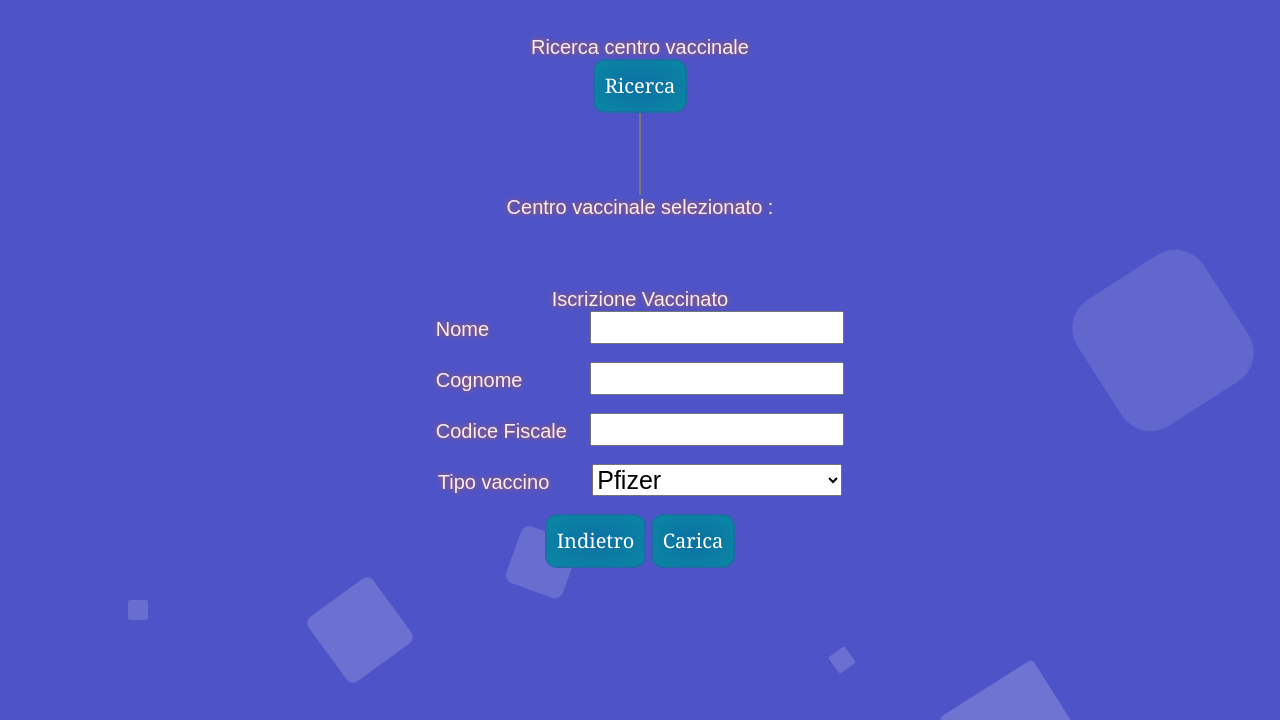
Repository: Jok98/CentriVaccinaliWebApp
Page: http://localhost/CentriVaccinaliOperatori/iscrizionevaccinato.jsp
These files come from the project's save history. The page is drawn as it stood at one moment and after the next save; the edit follows.
The browser window is 1280 px wide. The pictures show the whole page.
Some web fonts or font styles are not loaded; a fallback is used. The page is served by Tomcat 9.

Above is the page before, as saved 2022-09-24 17:52:10.

### CentriVaccinaliOperatori/src/main/webapp/iscrizionevaccinato.jsp
<%@ page language="java" contentType="text/html; charset=ISO-8859-1"
    pageEncoding="ISO-8859-1"%>
<!DOCTYPE html>
<html>
<head>
<meta charset="ISO-8859-1">
<link rel="stylesheet" href="css/form.css">
<link rel="stylesheet" href="css/background.css">
<title>Iscrizione Vaccinati</title>
</head>
<body>
	<div class="area">
		<ul class="circles">
			<li></li>
			<li></li>
			<li></li>
			<li></li>
			<li></li>
			<li></li>
			<li></li>
			<li></li>
			<li></li>
			<li></li>
		</ul>
	</div>
		<div class="reserch" align="center" >
		<form action="" >
		<a class="text">Ricerca centro vaccinale</a>
		<br>
		<button class="button" type="submit">Ricerca</button>
		<br>
		<select name="centriVaccinali" size="5">
		</select>
		<br>
		<a class="text">Centro vaccinale selezionato :</a>
	</form>
	</div>
	<div class="context" align="center" >
		<form action="" >
		<a class="text">Iscrizione Vaccinato</a>
		<br>
		<label class="label" class="button"  for="nomeVacc" >Nome </label>
		<input class="input" type="text" id="nomeVacc" name="nomeVacc">
		<br><br>
		<label class="label" for="cognomeVacc">Cognome </label>
		<input class="input" type="text" id="cognomeVacc" name="cognomeVacc">
		<br><br>
		<label class="label" for="codfisVacc">Codice Fiscale </label>
		<input class="input" type="text" id="codfisVacc" name="codfisVacc">
		<br><br>
		<label class="label" for="tipoCenvax">Tipo vaccino </label>
		<select class="input" name="tipoCenvax" id="tipoCenvax">
			<option value="Hub">Pfizer</option>
			<option value="Azienda">Moderna</option>
			<option value="Ospedale">Astrazeneca</option>
		</select>
		<br><br>
		<a class="button" type="submit" href="index.jsp"  >Indietro</a>
		<button class="button" type="submit">Carica</button>

		</form>
	</div>

</body>
</html>

### CentriVaccinaliOperatori/src/main/webapp/css/form.css
@charset "ISO-8859-1";

/* bottoni */
.button {
	color: rgb(255, 255, 255);
	font-size: 20px;
	line-height: 30px;
	padding: 10px;
	border-radius: 12px;
	font-family: Georgia, serif;
	font-weight: normal;
	text-decoration: none;
	font-style: normal;
	font-variant: normal;
	text-transform: none;
	background-image: radial-gradient(at center center, rgb(12, 111, 164) 0%,
		rgb(10, 136, 164) 100%, rgb(12, 111, 164) 100%);
	box-shadow: rgba(0, 0, 0, 0) 81px -57px 0px 0px;
	border: 2px solid rgb(28, 110, 164);
	display: inline-block;
}

.button:hover {
	background: #80c3ff;
}

.button:active {
	background: #1ca4ff;
}

.text{
	font-size: 20px;
	text-shadow: 0px 0px 5px #CE5937;
	color: #EFEFEF;

}

.label {
	display: inline-block;
	width:150px;
	text-align: left;
	font-size: 20px;
	text-shadow: 0px 0px 5px #CE5937;
	color: #EFEFEF;

}

.input {
	width:250px;
	font-size: 25px;
}

### CentriVaccinaliOperatori/src/main/webapp/css/background.css
@charset "ISO-8859-1";
@import url('https://fonts.googleapis.com/css?family=Exo:400,700');

*{
    margin: 0px;
    padding: 0px;
}

html{
    font-family: 'Exo', sans-serif;

}

.reserch{
	width: 100%;
    position: absolute;
    top:5vh;
}


.context {
    width: 100%;
    position: absolute;
    top:40vh;

}

.context h1{
    text-align: center;
    color: #fff;
    font-size: 50px;
}


.area{
    background: #4e54c8;
    background: -webkit-linear-gradient(to left, #8f94fb, #4e54c8);
    width: 100%;
    height:100vh;


}

.circles{
    position: absolute;
    top: 0;
    left: 0;
    width: 100%;
    height: 100%;
    overflow: hidden;
}

.circles li{
    position: absolute;
    display: block;
    list-style: none;
    width: 20px;
    height: 20px;
    background: rgba(255, 255, 255, 0.2);
    animation: animate 25s linear infinite;
    bottom: -150px;

}

.circles li:nth-child(1){
    left: 25%;
    width: 80px;
    height: 80px;
    animation-delay: 0s;
}


.circles li:nth-child(2){
    left: 10%;
    width: 20px;
    height: 20px;
    animation-delay: 2s;
    animation-duration: 12s;
}

.circles li:nth-child(3){
    left: 70%;
    width: 20px;
    height: 20px;
    animation-delay: 4s;
}

.circles li:nth-child(4){
    left: 40%;
    width: 60px;
    height: 60px;
    animation-delay: 0s;
    animation-duration: 18s;
}

.circles li:nth-child(5){
    left: 65%;
    width: 20px;
    height: 20px;
    animation-delay: 0s;
}

.circles li:nth-child(6){
    left: 75%;
    width: 110px;
    height: 110px;
    animation-delay: 3s;
}

.circles li:nth-child(7){
    left: 35%;
    width: 150px;
    height: 150px;
    animation-delay: 7s;
}

.circles li:nth-child(8){
    left: 50%;
    width: 25px;
    height: 25px;
    animation-delay: 15s;
    animation-duration: 45s;
}

.circles li:nth-child(9){
    left: 20%;
    width: 15px;
    height: 15px;
    animation-delay: 2s;
    animation-duration: 35s;
}

.circles li:nth-child(10){
    left: 85%;
    width: 150px;
    height: 150px;
    animation-delay: 0s;
    animation-duration: 11s;
}



@keyframes animate {

    0%{
        transform: translateY(0) rotate(0deg);
        opacity: 1;
        border-radius: 0;
    }

    100%{
        transform: translateY(-1000px) rotate(720deg);
        opacity: 0;
        border-radius: 50%;
    }

}

After the next save:
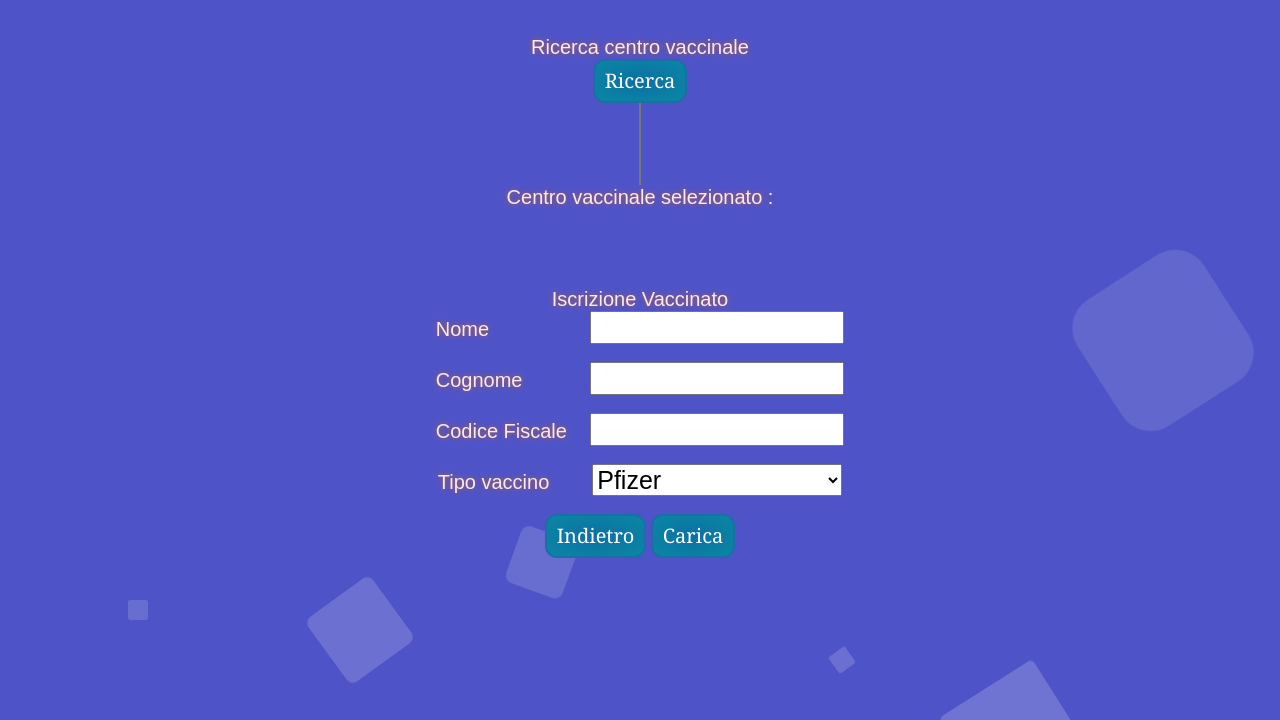
Saved 11 s later.
--- a/CentriVaccinaliOperatori/src/main/webapp/css/form.css
+++ b/CentriVaccinaliOperatori/src/main/webapp/css/form.css
@@ -4,7 +4,7 @@
 .button {
 	color: rgb(255, 255, 255);
 	font-size: 20px;
-	line-height: 30px;
+	line-height: 20px;
 	padding: 10px;
 	border-radius: 12px;
 	font-family: Georgia, serif;
